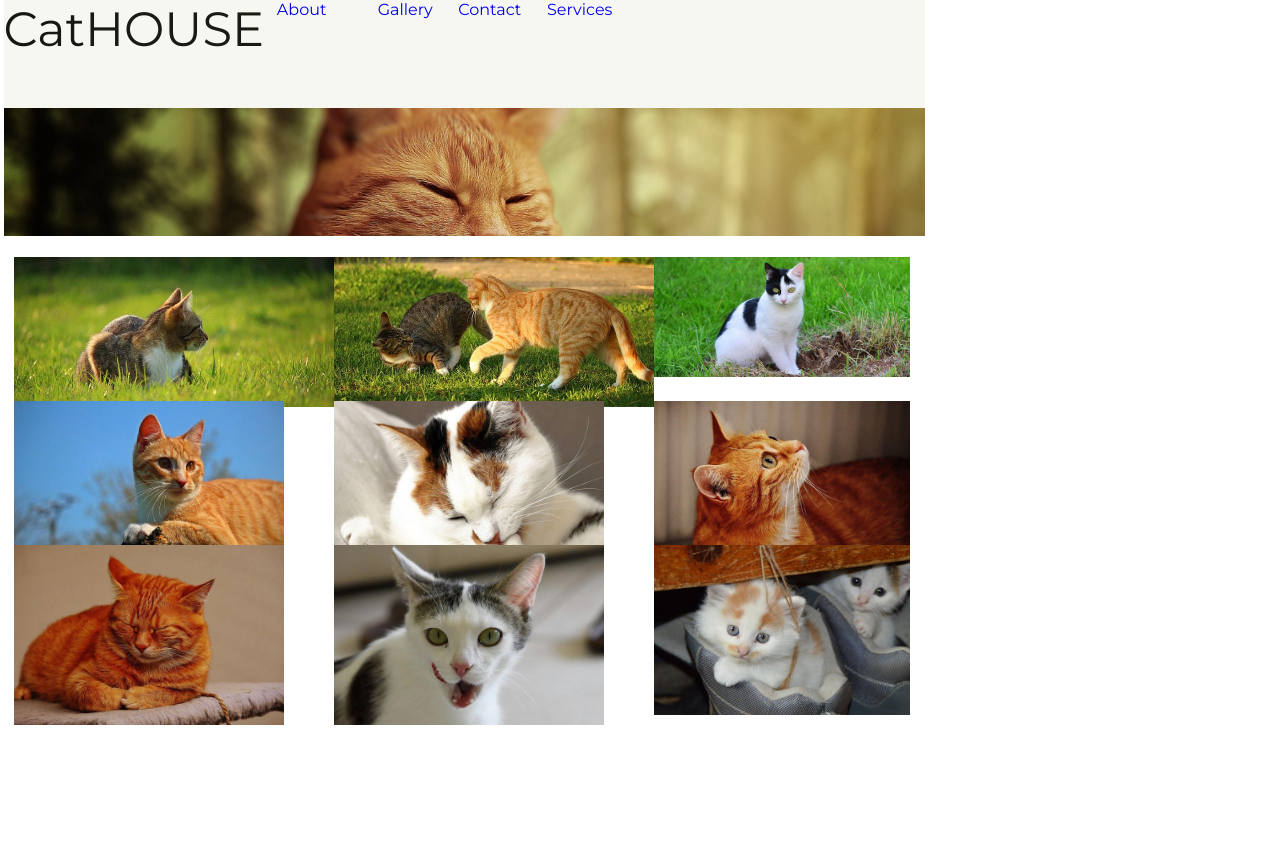
Repository: raul4264/final
Page: Gallery.html
The author's editor kept a copy of each file at every save. The page is drawn from the files as they stood at one save, then again after the next save.
The browser window is 1280 px wide. The pictures show the whole page.

Above is the page before, as saved 2021-03-22 14:06:05.

### Gallery.html
<!DOCTYPE html>
<html lang="en">

<head>
    <meta charset="UTF-8">
    <meta http-equiv="X-UA-Compatible" content="IE=edge">
    <meta name="viewport" content="width=device-width, initial-scale=1.0">
    <title>Gallery</title>
    <link href="css/gallery.css" rel="stylesheet" type="text/css">
</head>

<body>
    <div id="grilla">
        <header>
            <div class="banner">

                <nav id="nav">

                    <div class="item1">
                        <p>Cat</p>
                    </div>

                    <div class="item2">
                        <p>HOUSE</p>
                    </div>


                    <ul class="item3">
                        <li class=""><a href="about.html">About</li>
                        <li class=""><a href="Gallery.html">Gallery</a></li>
                        <li class=""><a href="Contact.html">Contact</a></li>
                        <li class=""><a href="Services.html ">Services</a></li>
                    </ul>
                </nav>
            </div>

        </header>

        <main>

                <img src="images/b1.jpg " class="uno" alt="imagen2 " />
                <img src="images/b2.jpg "class="dos"  alt="imagen3 " />
                <img src="images/b3.jpg "class="tres"  alt="imagen3 " />


                <img src="images/g1.jpg " class="cuatro" alt="imagen2 " />
                <img src="images/g2.jpg " class="cinco" alt="imagen3 " />
                <img src="images/g3.jpg " class="seis" alt="imagen3 " />

                <img src="images/g4.jpg "class="siete"  alt="imagen2 " />
                <img src="images/g5.jpg " class="ocho" alt="imagen3 " />
                <img src="images/g6.jpg " class="nueve" alt="imagen3 " />

        </main>
        <footer>
            <!--  <div class="footer">
                <a href="http://www.facebook.com " target="blanck ">Facebook</a>
                <a href="http://www.google.com " target="blanck ">google</a>
            </div> -->
        </footer>


    </div>
</body>

</html>

### css/gallery.css
@import url('https://fonts.googleapis.com/css2?family=Montserrat:wght@400;500&display=swap');
@import url('https://fonts.googleapis.com/css2?family=Montserrat:wght@400;500&family=Poppins:wght@300&display=swap');
* {
    font-family: 'Montserrat', sans-serif;
    margin: 0 ;
    padding: 0;
}
body{


}
.banner {
    background: url(../images/1.jpg) no-repeat 0px 0px;
    background-size: cover;
    padding: 0em 0 4em;
    height: 100%;
    width: 72vw;
}

#nav {
    display: flex;
    background-color: rgb(247, 247, 241);

    height: 15vh;
}

.item1 {
    color: rgb(22, 22, 18);
    font-family: monserrat;
    font-size: 3em;
}

.item2 {
    color: rgb(26, 26, 20);
    font-family: monserrat;
    font-size: 3em;
}

.item3 {
    display: flex;
    list-style: none;
}

.item3 li a {
    text-decoration: none;
    padding: 1vw;
}

.li {
    padding: 10px;
}


/*.............Grid..........*/

#grilla {
    max-width: 100vh;
    display: grid;
    grid-template-columns:33% 33% 33%;
    grid-template-rows:auto auto auto auto;
    justify-content: center  ;
}

header {
    grid-column-start: 1;
    grid-column-end: 4;
    grid-row-start: 1;
    grid-row-end: 2;
}

/* .sec1 {

    grid-column-start: 1;
    grid-column-end: 4;
    grid-row-start: 2;
    grid-row-end: 3;


    max-height: 20vh;
}

.sec2 {

    grid-column-start: 1;
    grid-column-end: 4;
    grid-row-start: 3;
    grid-row-end: 4;

    max-height: 25vh;
}

.sec3 {

    grid-column-start: 1;
    grid-column-end: 4;
    grid-row-start: 4;
    grid-row-end: 5;
    max-height: 25vh;
} */
main {
    display: grid;
    grid-template-columns: 25vw 25vw 20vw;
    grid-template-rows: 20vh 20vh 40vh;
    grid-column-start: 1;
    grid-column-end: 4;
    grid-row-start: 2;
    grid-row-end: 3;
    padding: 10px;
    margin-top: 75px;
}
.uno{
    grid-column-start: 1;
    grid-column-end: 2;
    grid-row-start: 1;
    grid-row-end: 2;
    max-height: 25vh;
}
.dos{
    grid-column-start: 2;
    grid-column-end: 3;
    grid-row-start: 1;
    grid-row-end: 2;
    max-height: 25vh;
}
.tres{
    grid-column-start: 3;
    grid-column-end: 4;
    grid-row-start:1;
    grid-row-end: 2;

}
.cuatro{
    grid-column-start: 1;
    grid-column-end: 2;
    grid-row-start: 2;
    grid-row-end: 3;
    max-height: 25vh;
}
.cinco{
    grid-column-start: 2;
    grid-column-end: 3;
    grid-row-start: 2;
    grid-row-end: 3;
    max-height: 25vh;
}
.seis{
    grid-column-start: 3;
    grid-column-end: 4;
    grid-row-start:2;
    grid-row-end: 3;
    max-height: 25vh;
}
.siete{
    grid-column-start: 1;
    grid-column-end: 2;
    grid-row-start: 3;
    grid-row-end: 4;
    max-height: 25vh;
}
.ocho{
    grid-column-start: 2;
    grid-column-end: 3;
    grid-row-start: 3;
    grid-row-end: 4;
    max-height: 25vh;
}
.nueve{
    grid-column-start: 3;
    grid-column-end: 4;
    grid-row-start:3;
    grid-row-end: 4;
    max-height: 25vh;
}

footer {
    grid-column-start: 1;
    grid-column-end: 4;
    grid-row-start: 3;
    grid-row-end: 4;
    background-color: black;
}




/*.......................................*/

img {
    max-width: 100%;
    max-height: 100%;
    object-fit: contain;
}

After the next save:
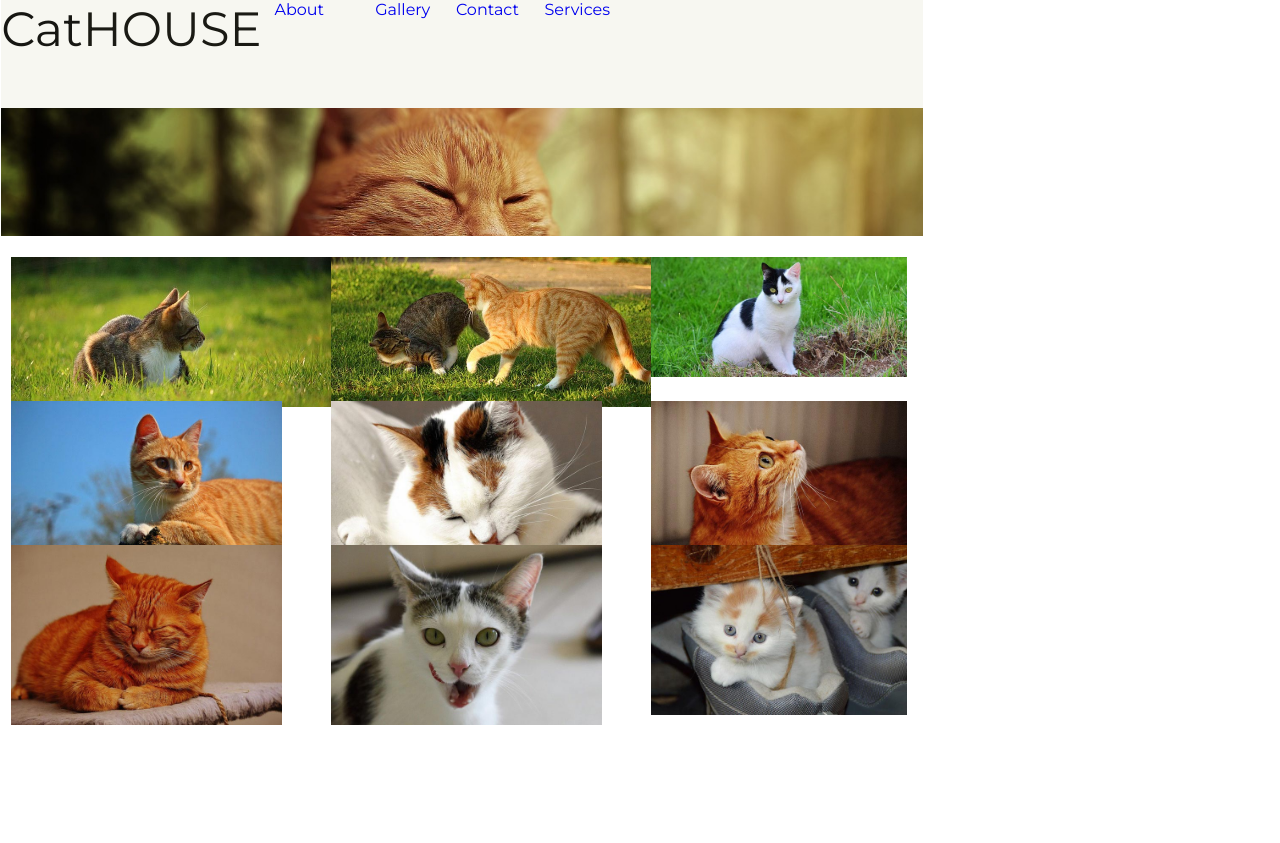
Saved 20 s later.
--- a/css/gallery.css
+++ b/css/gallery.css
@@ -58,7 +58,7 @@ body{
     display: grid;
     grid-template-columns:33% 33% 33%;
     grid-template-rows:auto auto auto auto;
-    justify-content: center  ;
+    justify-content: space-around;
 }
 
 header {
